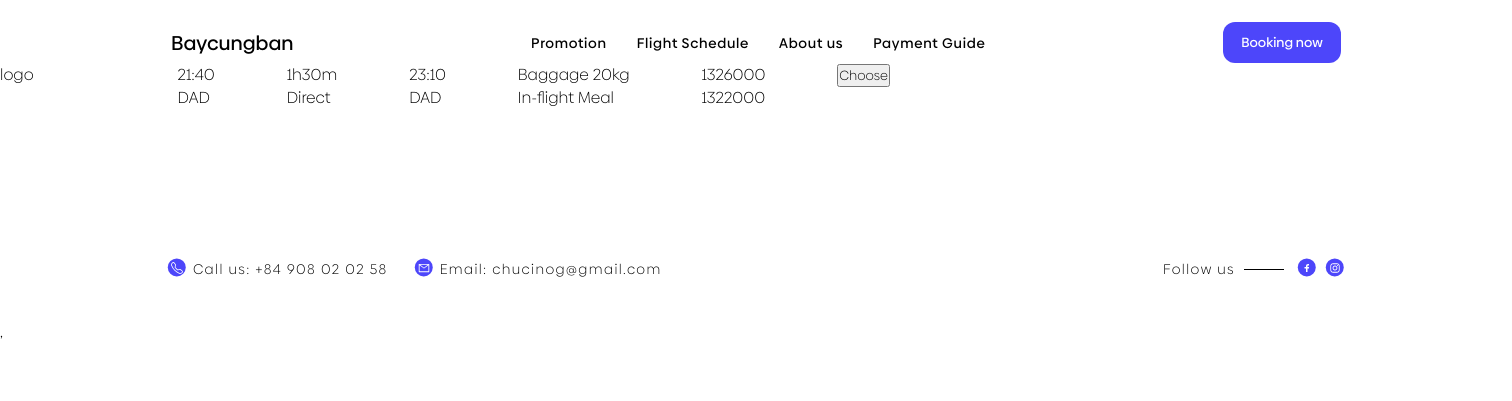
Repository: pinocoding/my-flying
Page: /list (app in my-flying/)
An editor plug-in stored every save of this project. The page is shown before and after the next save, followed by the edit.
The browser window is 1280 px wide. The page is 1512 px wide, so the pictures cover 1512 px, including what lies to the right of the window. The pictures show the whole page.
The project was rebuilt for these pictures with package versions that can differ from the ones it lists, and the page was loaded fresh each time. Also part of the build but not shown: my-flying/src/components/InDecreaBtn/InDecreaBtn.js, my-flying/src/components/TravelBooking/TravelBooking.css, my-flying/src/components/TravelBooking/TravelBooking.js, my-flying/src/components/home/Home.css, my-flying/src/components/home/Home.js. Imported but missing from the stored project, and not drawn on this page: my-flying/src/reportWebVitals.

Above is the page before, as saved 2022-09-09 16:49:05.

### my-flying/src/index.js
import React from "react";
import ReactDOM from "react-dom/client";
import "./index.css";
import App from "./App";
import reportWebVitals from "./reportWebVitals";
import "./font/SVN-Biennale/Biennale-Bold.otf";
const root = ReactDOM.createRoot(document.getElementById("root"));
root.render(
  <React.StrictMode>
    <App />
  </React.StrictMode>
);

// If you want to start measuring performance in your app, pass a function
// to log results (for example: reportWebVitals(console.log))
// or send to an analytics endpoint. Learn more: https://bit.ly/CRA-vitals
reportWebVitals();

### my-flying/src/index.css
@font-face {
  font-family: "SVN-Biennale";
  src: local("SVN-Biennale"),
    url("./font/SVN-Biennale/Biennale-Light.otf") format("opentype");

  font-weight: 400;
}

@font-face {
  font-family: "SVN-Biennale";
  src: local("SVN-Biennale"),
    url("./font/SVN-Biennale/Biennale-Medium.otf") format("opentype");

  font-weight: 600;
}

### my-flying/src/App.js
import React from "react";

import { render } from "react-dom";
import { BrowserRouter, Routes, Route } from "react-router-dom";
import Home from "../src/components/Home/Home";
import List from "./components/List/List";
import "./App.css";
function App() {
  return (
    <div className="App">
      <BrowserRouter>
        <Routes>
          <Route path="/" element={<Home />} />
          <Route path="/list" element={<List />} />
        </Routes>
      </BrowserRouter>
      ,
    </div>
  );
}

export default App;

### my-flying/src/components/List/List.js
import React from "react";
import Header from "../Header/Header";
import Footer from "../Footer/Footer";
import "./List.css";
import FlightInfor from "../FlightsInfor/FlightInfor";
function List() {
  return (
    <div>
      <Header />

      <div className="list-container">
        <div className="list-filter"></div>
        <div className="list-row">
          <FlightInfor />
        </div>
        <Footer />
      </div>
      <div className="list-userFlight"></div>
    </div>
  );
}

export default List;

### my-flying/src/App.css
* {
  box-sizing: border-box;
  margin: 0;
  padding: 0;
  scroll-behavior: smooth;
  font-family: "SVN-Biennale", Courier, monospace;
}
.App {
  width: 1512px;
  margin: 0 auto;
}

### my-flying/src/components/Header/Header.js
import React from "react";
import "./Header.css";

function Header() {
  return (
    <div className="header">
      <div className="header-logo">
        <div className="header-logo-name">Baycungban</div>
        {/* <div>img</div>
        <div>img</div> */}
      </div>

      <ul className="header-nav">
        <li>
          <a href="/#">Promotion</a>
        </li>
        <li>
          <a href="/flight-schedule">Flight Schedule</a>
        </li>
        <li>
          <a href="/#">About us</a>
        </li>
        <li>
          <a href="/#">Payment Guide</a>
        </li>
      </ul>

      <button className="header-booking">Booking now</button>
    </div>
  );
}

export default Header;

### my-flying/src/components/Footer/Footer.js
import React from "react";
import { BsTelephone } from "react-icons/bs";
import { AiOutlineMail, AiOutlineInstagram } from "react-icons/ai";
import { TiSocialFacebook } from "react-icons/ti";
import "./Footer.css";
function Footer() {
  return (
    <div className="footer">
      <ul>
        <li>
          <a href="/#" className="footer-link">
            <BsTelephone className="footer-icon" />
          </a>
          <span>Call us: +84 908 02 02 58</span>
        </li>

        <li>
          <a href="/#" className="footer-link">
            <AiOutlineMail className="footer-icon" />
          </a>
          <span>Email: chucinog@gmail.com</span>
        </li>
      </ul>

      <div>
        <span className="footer-follow">Follow us</span>
        <a href="/#" className="footer-link footer-facebook">
          <TiSocialFacebook className="footer-icon" />
        </a>
        <a href="/#" className="footer-link">
          <AiOutlineInstagram className="footer-icon" />
        </a>
      </div>
    </div>
  );
}

export default Footer;

### my-flying/src/components/List/List.css
.list-row {
  width: 890px;
  height: 124px;
  border-radius: 12px;
}

### my-flying/src/components/FlightsInfor/FlightInfor.js
import React from "react";
import "./FlightInfor.css";

function FlightInfor() {
  return (
    <div className="flight-container">
      <ul>
        <li>logo</li>
        <li className="flight-name"></li>
        <li className="flight-time">
          <p>21:40</p>
          <p>DAD</p>
        </li>

        <li className="flight-direc">
          <p>1h30m</p>
          <p></p>
          <p>Direct</p>
        </li>
        <li className="flight-time">
          <p>23:10</p>
          <p>DAD</p>
        </li>

        <li className="flight-meal">
          <p>Baggage 20kg </p>
          <p>In-flight Meal </p>
        </li>

        <li className="flight-price">
          <p>1326000</p>
          <p>1322000</p>
        </li>
        <li className="flight-choose">
          <button>Choose</button>
        </li>
      </ul>
    </div>
  );
}

export default FlightInfor;

### my-flying/src/components/Header/Header.css
.header {
  display: flex;
  justify-content: space-between;
  text-align: center;
  padding: 22px 171px 0 171px;
}
.header-logo {
  display: flex;
}
.header-logo-name {
  font-weight: 600;
  font-size: 20px;
  align-items: center;
  display: flex;
}
.header-nav {
  display: flex;
  list-style: none;
  justify-content: space-between;
  gap: 0 30px;
  align-items: center;
}
.header-nav li a {
  color: rgba(0, 0, 0, 1);
  text-decoration: none;
  font-family: "SVN-Biennale";
  font-style: normal;
  font-weight: 600;
  font-size: 14px;
  line-height: 21px;

  text-align: center;
  letter-spacing: 0.05em;
}
.header-booking {
  background-color: rgba(77, 70, 250, 1);
  color: white;
  height: 41px;
  width: 118px;
  left: 1223px;
  top: 38px;
  border-radius: 12px;
  padding: 10px 16px 10px 16px;
  border: none;
  cursor: pointer;
  font-weight: 600;
}

### my-flying/src/components/Footer/Footer.css
.footer {
  display: flex;
  justify-content: space-between;
  text-align: center;
  width: 100%;
  padding: 70px 171px 40px 171px;
}
.footer ul {
  list-style: none;
  display: flex;
  gap: 0 30px;
}
.footer-link {
  position: relative;
}
.footer-icon {
  color: white;
  font-size: 12px;
}

.footer-link:after {
  content: "";
  position: absolute;
  top: 0;
  left: 0;
  width: 18px;
  height: 18px;
  border-radius: 50%;
  transform: translate(-18%, 8%);
  background-color: #4d46fa;

  z-index: -1;
}
.footer ul li span {
  padding-left: 10px;
  font-family: "SVN-Biennale";
  font-style: normal;
  font-weight: 400;
  font-size: 14px;
  line-height: 21px;
  /* identical to box height */

  letter-spacing: 0.1em;

  color: #000000;
}
.footer-follow {
  width: 72px;
  height: 21px;
  font-family: "SVN-Biennale";
  font-style: normal;
  font-weight: 400;
  font-size: 14px;
  line-height: 21px;
  /* identical to box height */

  letter-spacing: 0.1em;

  color: #000000;

  position: relative;
  margin-right: 50px;
}

.footer-follow:after {
  content: "";
  position: absolute;
  top: 50%;
  right: 0;
  width: 40px;
  height: 1px;
  left: 81px;
  background-color: black;

  z-index: -1;
}
.footer-facebook {
  margin: 0 16px 0 16px;
}

### my-flying/src/components/FlightsInfor/FlightInfor.css
.flight-container {
  width: 100%;
}

.flight-container ul {
  list-style: none;
  display: flex;
  justify-content: space-between;
}

After the next save:
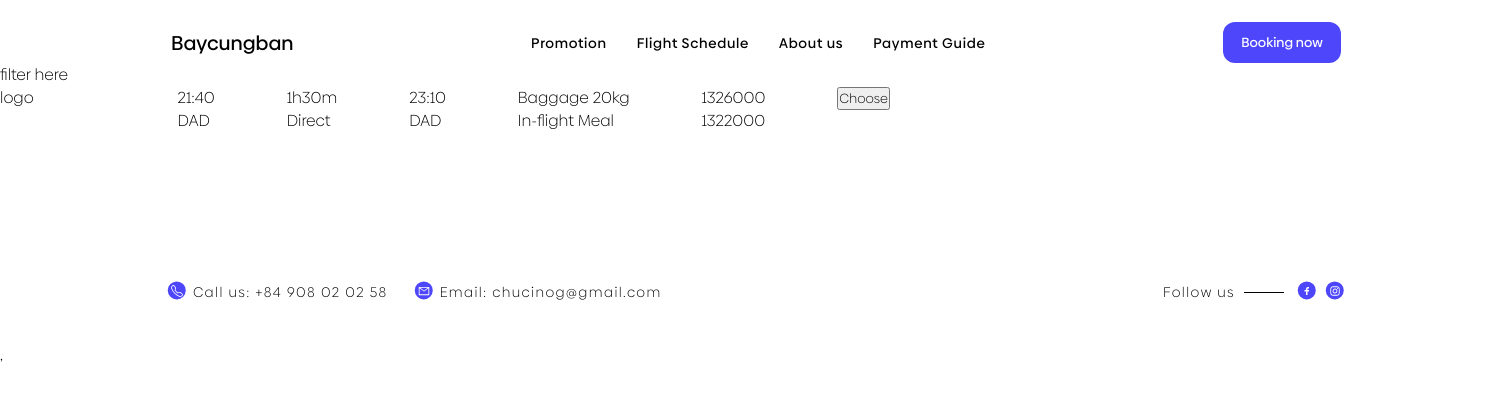
Saved 7 s later.
--- a/my-flying/src/components/List/List.js
+++ b/my-flying/src/components/List/List.js
@@ -9,7 +9,7 @@ function List() {
       <Header />
 
       <div className="list-container">
-        <div className="list-filter"></div>
+        <div className="list-filter">filter here</div>
         <div className="list-row">
           <FlightInfor />
         </div>
